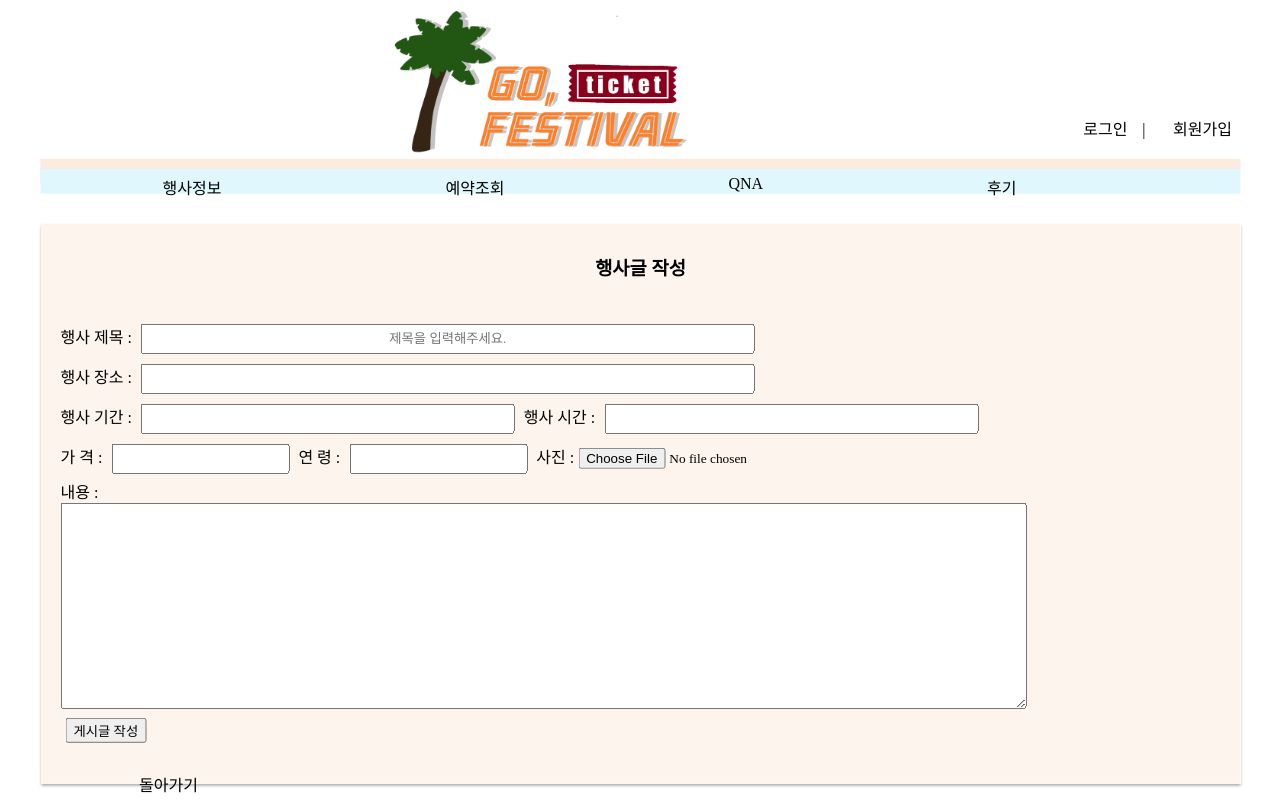
Repository: Changgyu1/Chang_Gu
Page: http://localhost/Project/Event_add.jsp
These files come from the project's save history. The page is drawn as it stood at one moment and after the next save; the edit follows.
The browser window is 1280 px wide. The pictures show the whole page.
Some web fonts or font styles are not loaded; a fallback is used. The page is served by Tomcat 9. Other server files are loaded and not shown.

Above is the page before, as saved 2023-11-14 05:17:29.

### Project/src/main/webapp/Event_add.jsp
<%@ page language="java" contentType="text/html; charset=UTF-8"
    pageEncoding="UTF-8"%>
<!DOCTYPE html>
<html>
<head>
<meta charset="UTF-8">
<title> 행사 게시판</title>
<link rel="stylesheet" href="./css/event.css">
<style>
        .event_form{
            padding: 10px;
            margin: 10px;
            float: left;
            width: 100%;
        }
        #event_name,#event_location{
            padding: 5px;
            margin: 5px;
            width: 50%;
        }
        #event_day,#event_time{
            padding: 5px;
            margin: 5px;
            width: 30%;
        }
        #event_price,#event_age{
            padding: 5px;
            margin: 5px;
        }
        #event_explain{
            width: 80%;
            height: 200px;
        }
        .sel{
            margin: 5px;
        }
        explan-center{
        text-align: center;

        }
</style>
</head>
<body>
<div class="my-div">
<img src="./image/로고1.png" id="logo">
 <!--로그인 버튼-->
    <div style="text-align: right; width: 1215px;">
    <%
    	if(session.getAttribute("email")!=null){
    %>
	 	<button type="button" onclick="location.href='logout.jsp'" style="width:75px;">로그아웃</button>
	 	 <h>|</h>
	    <button type="button" onclick="location.href='mypageServlet?email=<%=session.getAttribute("email")%>'" style="width:100px;">마이페이지</button>
	 <%
    	}else{
	 %>
		 <button type="button" onclick="location.href='login.jsp'" style="width:60px;">로그인</button>
		 <h>|</h>
	    <button type="button" onclick="location.href='join.jsp'" style="width:100px;">회원가입</button>
	  <%
    	}
	  %>

	</div>
	<!-- 메뉴바 -->
	<div id="buttons">
		<ul>
			<li onclick="location.href='review_list.jsp'">후기</li>
			<li onclick="location.href='Qna_List.jsp'">QNA</li>
			<li onclick="location.href='reservation_search.jsp'">예약조회</li>
			<li onclick="location.href='Event_List.jsp'">행사정보</li>
		</ul>
	</div>

    <!-- 가운데 가장 큰 박스 -->
	<div id="background">

	<h3 style="text-align:center;">행사글 작성</h3>
	<div id="whitebox">

<form action="EventServlet" method="post" enctype="multipart/form-data">
	<div class="event_form">
	<label for="event_name">행사 제목 : </label>
	<input type="text" placeholder="제목을 입력해주세요." id="event_name" name="event_name" required style="text-align:center;"><br>

    <label for="event_location">행사 장소 : </label>
	<input type="text" id="event_location" name="event_location" required> <br>

	<label for="event_day"> 행사 기간 : </label>
	<input type="text" id="event_day" name="event_day" required>

	<label for="event_time">행사 시간 : </label>
	<input type="text" id="event_time" name="event_time" required> <br>



	<label for="event_price">가 격 : </label>
	<input type="number" id="event_price" name="event_price" required>

	<label for="event_age">연 령 : </label>
	<input type="number" id="event_age" name="event_age" required>
    <label for="event_img">사진 : </label>
	<input type="file" name="event_img" id="event_img" required><br>

	<div class="explan-center">
	<label for="event_explain">내용 : </label> <br>
	<textarea type="text"  id="event_explain" name="event_explain" required style="text-align:center;"> </textarea><br>

	</div>

	<input type="submit" value="게시글 작성" class="sel">
	</div>
</form>
<button onclick="location.href='Event_List.jsp'">돌아가기</button>

	</div>
	</div>
</div>

</body>
</html>

### Project/src/main/webapp/css/event.css
@font-face {
    font-family: 'NanumSquareNeo-Variable';
    src: url('https://cdn.jsdelivr.net/gh/projectnoonnu/noonfonts_11-01@1.0/NanumSquareNeo-Variable.woff2') format('woff2');
    font-weight: normal;
    font-style: normal;
}

    *{
    font-family: 'NanumSquareNeo-Variable';
    }

     body{
 	   	 position: absolute;
            padding: 20px;
            top: 50%;
            left: 50%;
            transform: translate(-50%, -50%);
    }



    #logo{
        width:300px;
        margin-left:350px;
        margin-bottom:-56px;
        margin-top:50px;
    }


       #searchbox{
     margin-right:100px;
        }


    #buttons{
        background:rgba(150, 230, 248, 0.295);
        height: 25px;
        width: 1200px;
        box-shadow: 0px -10px 0px rgba(249, 220, 201, 0.575);
        margin-top: 25px;

    }

    button{
        border:none;
        background:none;
        margin: 3px;
        font-size: 16px;
        width: 250px;

    }

    #background{
        background-color:rgba(249, 220, 201, 0.326);
        width: 1200px;
        height: 550px;
        margin-top: 30px;

        box-shadow: 0px 2px 3px rgb(161, 160, 159);
        padding-top:10px;

    }



    #reviewbox{

    	padding-top:20px;
    	max-width: 1000px;
        height: 450px;
        margin-left:auto;
        margin-right:auto;
        background-color: #ffffff;
        text-align:center;
        box-shadow: 0px 1px 3px rgb(161, 160, 159);
        margin-top : 20px;


    }


    #review{
    margin:10px;
    width:700px;
    height:250px;

    }

    #review_title{
    margin:10px;
     width:700px;
    height:30px;

    }



    h2{
    font-family: 'NanumSquareNeo-Variable';
 	margin-top:0px;
    text-align: center;
    }


    #list{

            background-color: rgba(149, 150, 149, 0.055);
            border: 1px solid gray;
            border-collapse: collapse;
            padding: 10px;
            width:900px;
            text-align: center;
            margin-left:auto;
   			margin-right:auto;

        }


        th{

            background-color: rgba(161, 161, 161, 0.377);

        }

        th,td{

            border: 1px solid gray;
            padding: 10px;
        }

        #textbox{
        margin-right:100px;
        }

ul{
		list-style:none;
	}
	li{
		float:right;
		margin: 6px 224px 0px 0;
	}

After the next save:
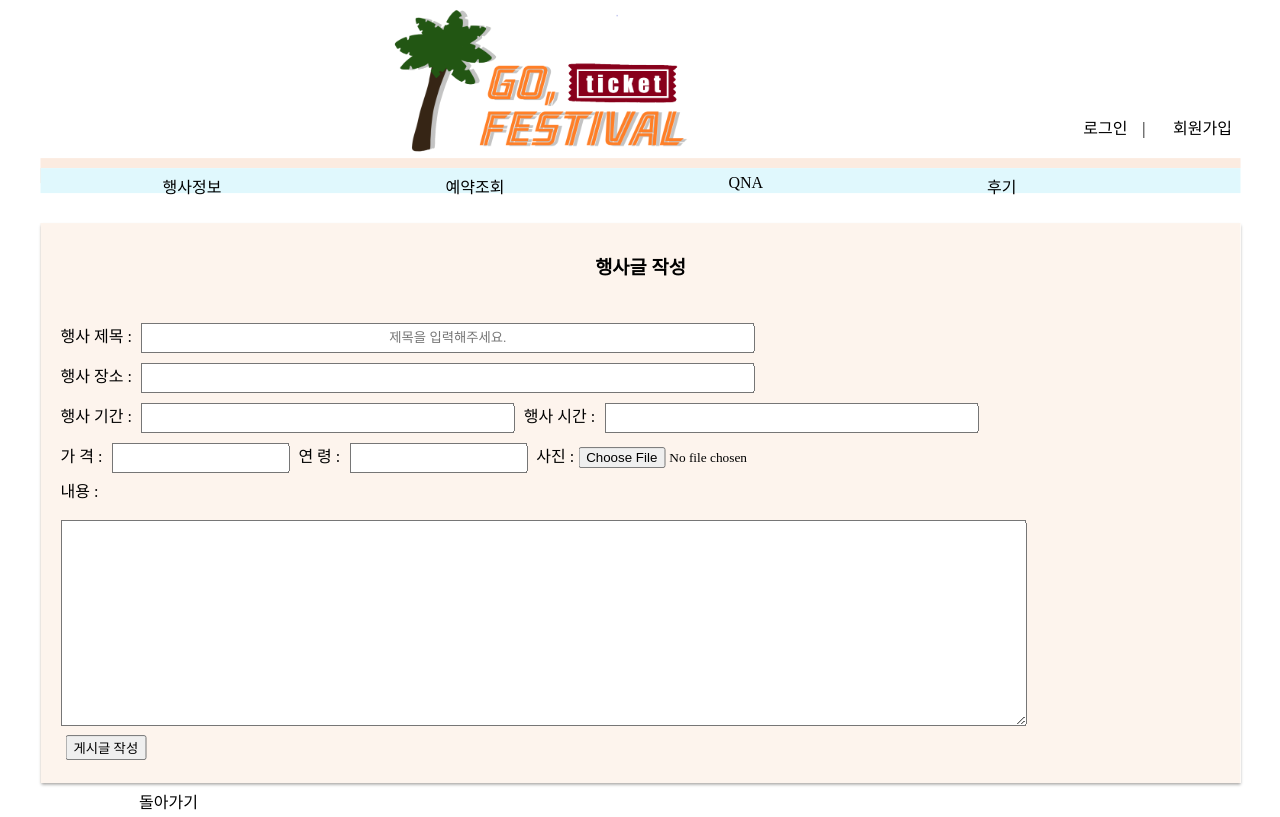
Saved 16 s later.
--- a/Project/src/main/webapp/Event_add.jsp
+++ b/Project/src/main/webapp/Event_add.jsp
@@ -103,10 +103,10 @@
 	<input type="file" name="event_img" id="event_img" required><br>
 
 	<div class="explan-center">
-	<label for="event_explain">내용 : </label> <br>
+	<label for="event_explain">내용 : </label></div> <br>
 	<textarea type="text"  id="event_explain" name="event_explain" required style="text-align:center;"> </textarea><br>
 
-	</div>
+
 
 	<input type="submit" value="게시글 작성" class="sel">
 	</div>
